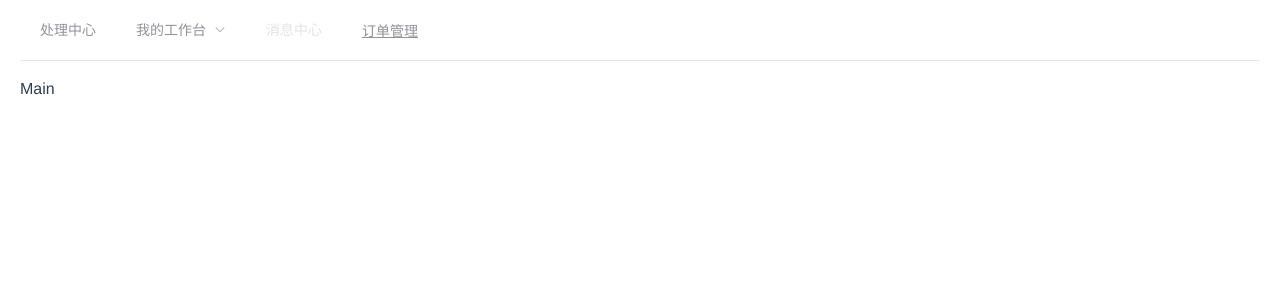
Repository: gaoxinke88888888/vue2-router-template
Page: /
The author's editor kept a copy of each file at every save. The page is drawn from the files as they stood at one save, then again after the next save.
The browser window is 1280 px wide. The pictures show the whole page.
The project was rebuilt for these pictures with package versions that can differ from the ones it lists, and the page was loaded fresh each time. Also part of the build but not shown: vue.config.js.

Above is the page before, as saved 2022-04-01 11:15:16.

After the next save:
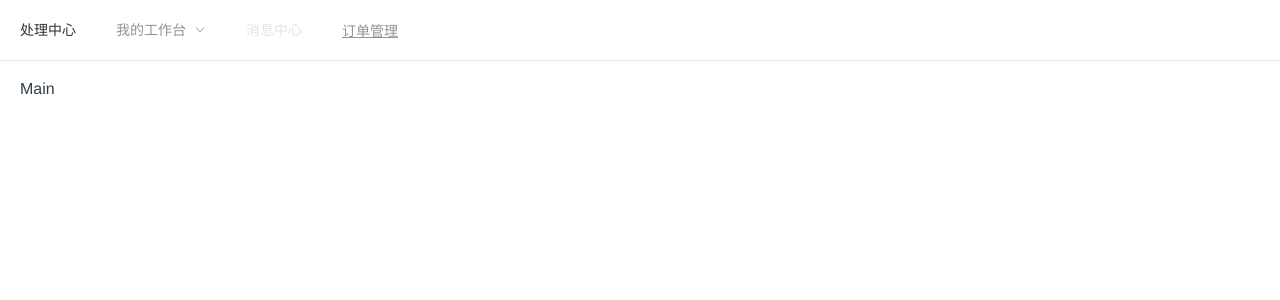
Saved 16 s later.
--- a/src/view/home.vue
+++ b/src/view/home.vue
@@ -1,7 +1,7 @@
 <template>
   <div>
     <el-container>
-      <el-header style="pa">
+      <el-header style="padding: 0 0 0 0">
         <el-menu
           :default-active="activeIndex"
           class="el-menu-demo"
